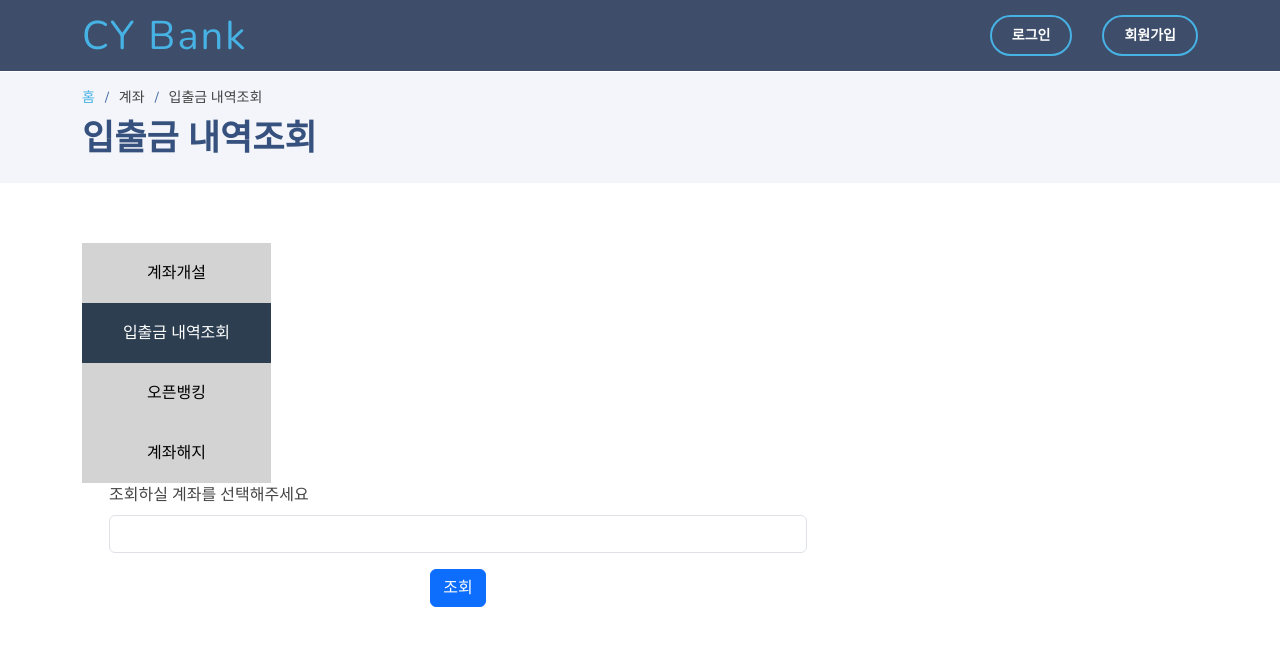
Repository: scy0814/Spring
Page: http://localhost/CYBank/jsp/transaction/TransactionHistoryProcess.jsp
An editor plug-in stored every save of this project. The page is shown before and after the next save, followed by the edit.
The browser window is 1280 px wide. The pictures show the whole page.
The page is served by Tomcat 9. The template is opened directly, without the code that normally fills it, so the values that code supplies are empty.

Above is the page before, as saved 2023-06-29 10:45:09.

After the next save:
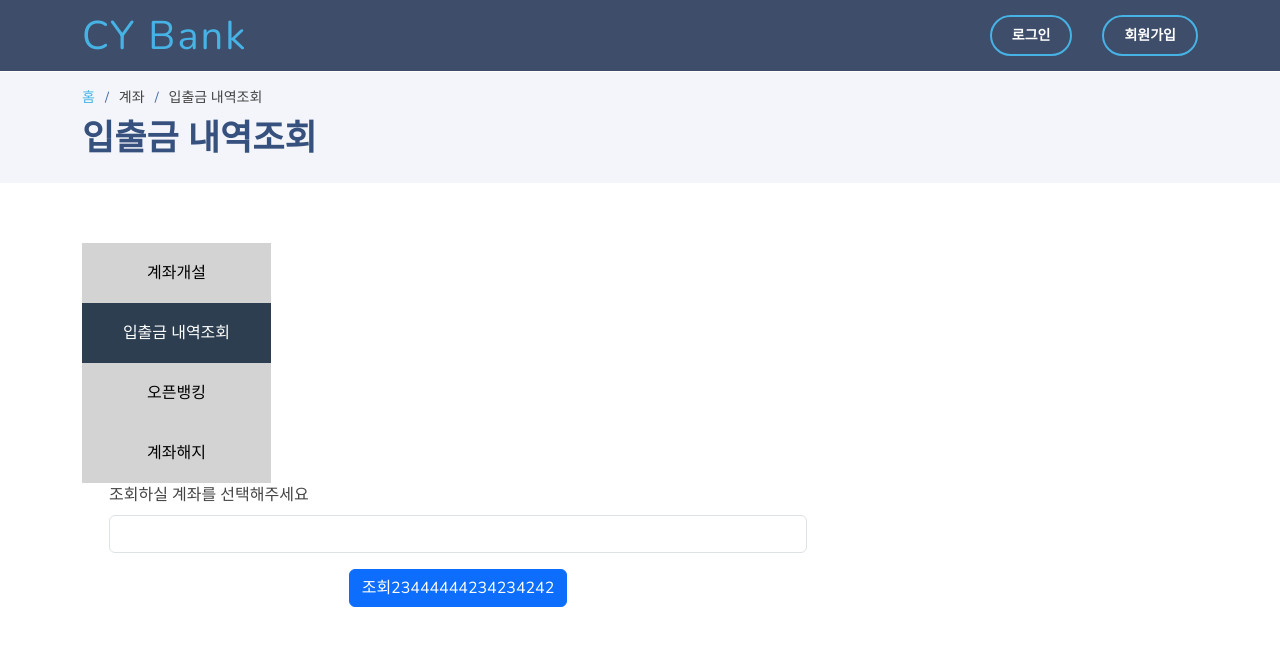
Saved 6 s later.
--- a/CYBank/src/main/webapp/jsp/transaction/TransactionHistoryProcess.jsp
+++ b/CYBank/src/main/webapp/jsp/transaction/TransactionHistoryProcess.jsp
@@ -82,7 +82,7 @@
 								</select>
 							</div>
 							<div class="text-center">
-                            <button type="submit" class="btn btn-primary">조회</button>
+                            <button type="submit" class="btn btn-primary">조회23444444234234242</button>
                         </div>
 						</div>
 					</div>

After the save that followed:
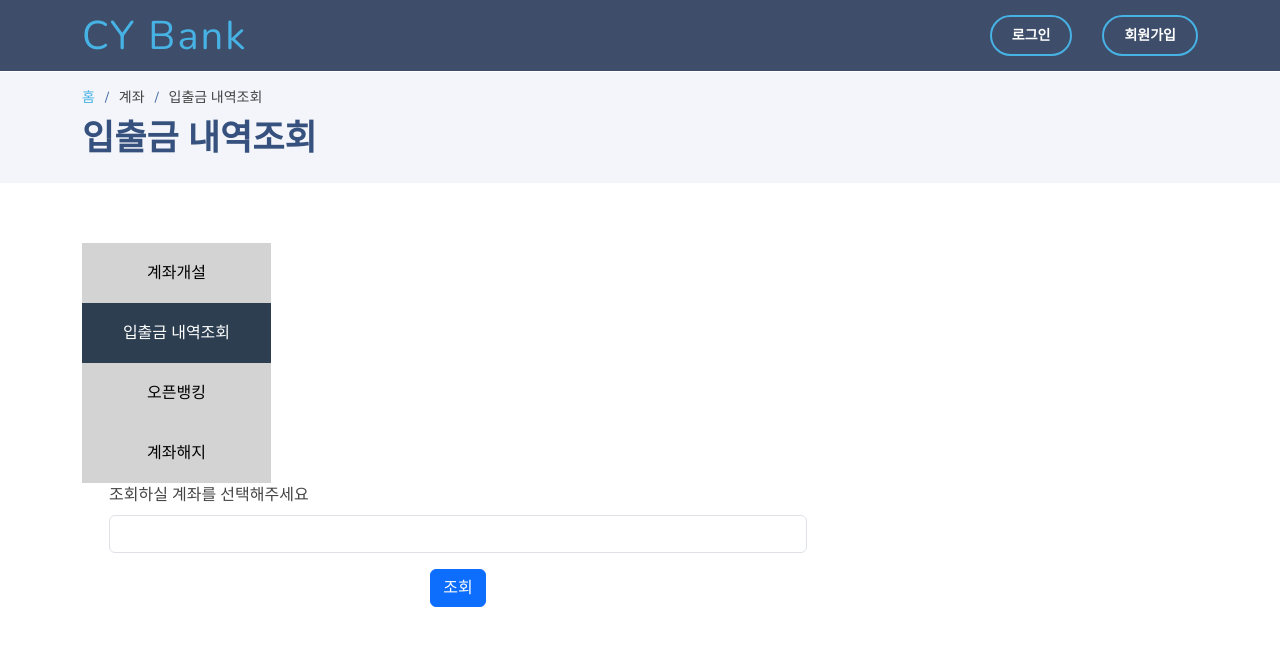
Saved 2 min 3 s later.
--- a/CYBank/src/main/webapp/jsp/transaction/TransactionHistoryProcess.jsp
+++ b/CYBank/src/main/webapp/jsp/transaction/TransactionHistoryProcess.jsp
@@ -82,7 +82,7 @@
 								</select>
 							</div>
 							<div class="text-center">
-                            <button type="submit" class="btn btn-primary">조회23444444234234242</button>
+                            <button type="submit" class="btn btn-primary">조회</button>
                         </div>
 						</div>
 					</div>
